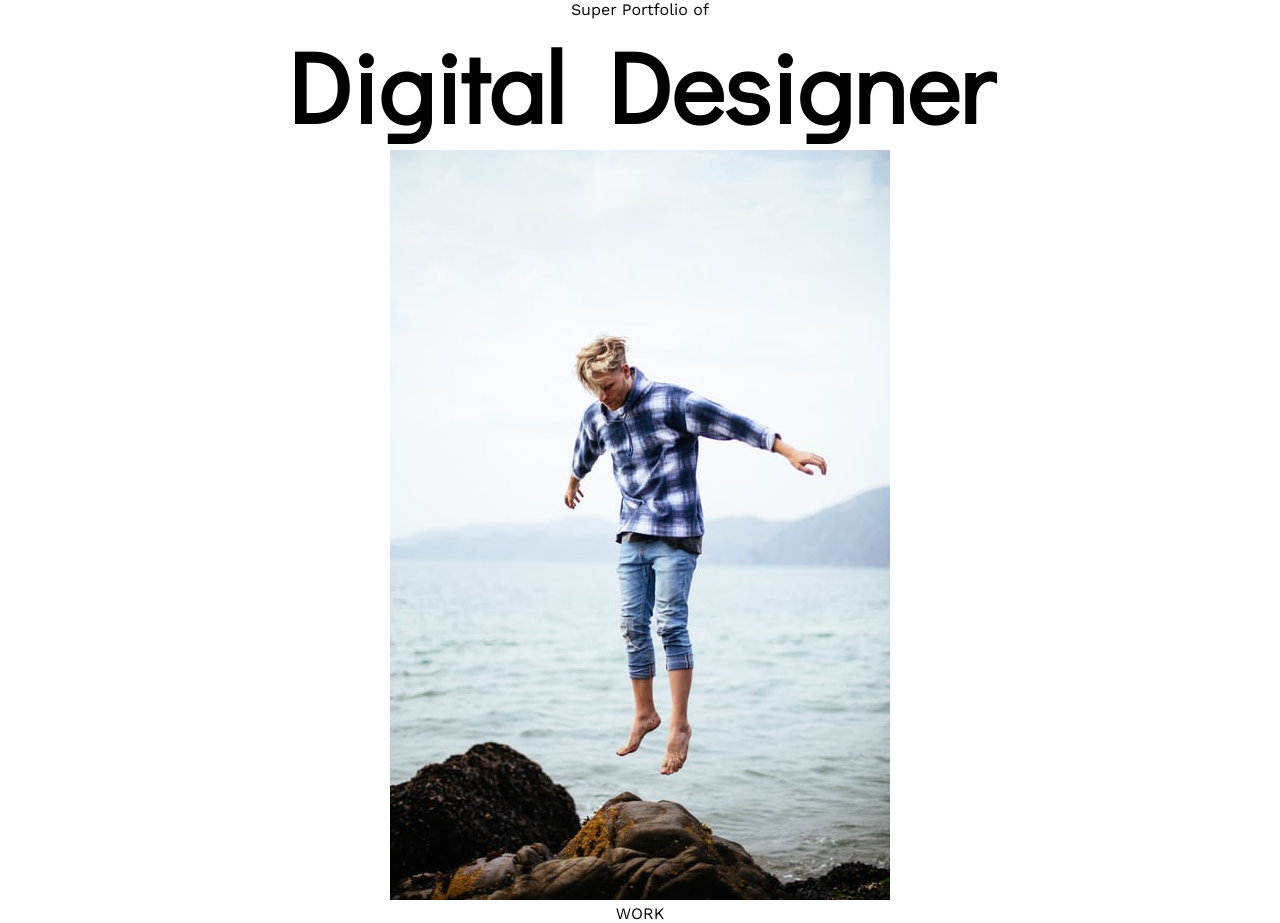
Repository: m0lt/DigitalDesigner
Page: index.html
The author's editor kept a copy of each file at every save. The page is drawn from the files as they stood at one save, then again after the next save.
The browser window is 1280 px wide. The pictures show the whole page.

Above is the page before, as saved 2025-07-08 10:19:44.

After the next save:
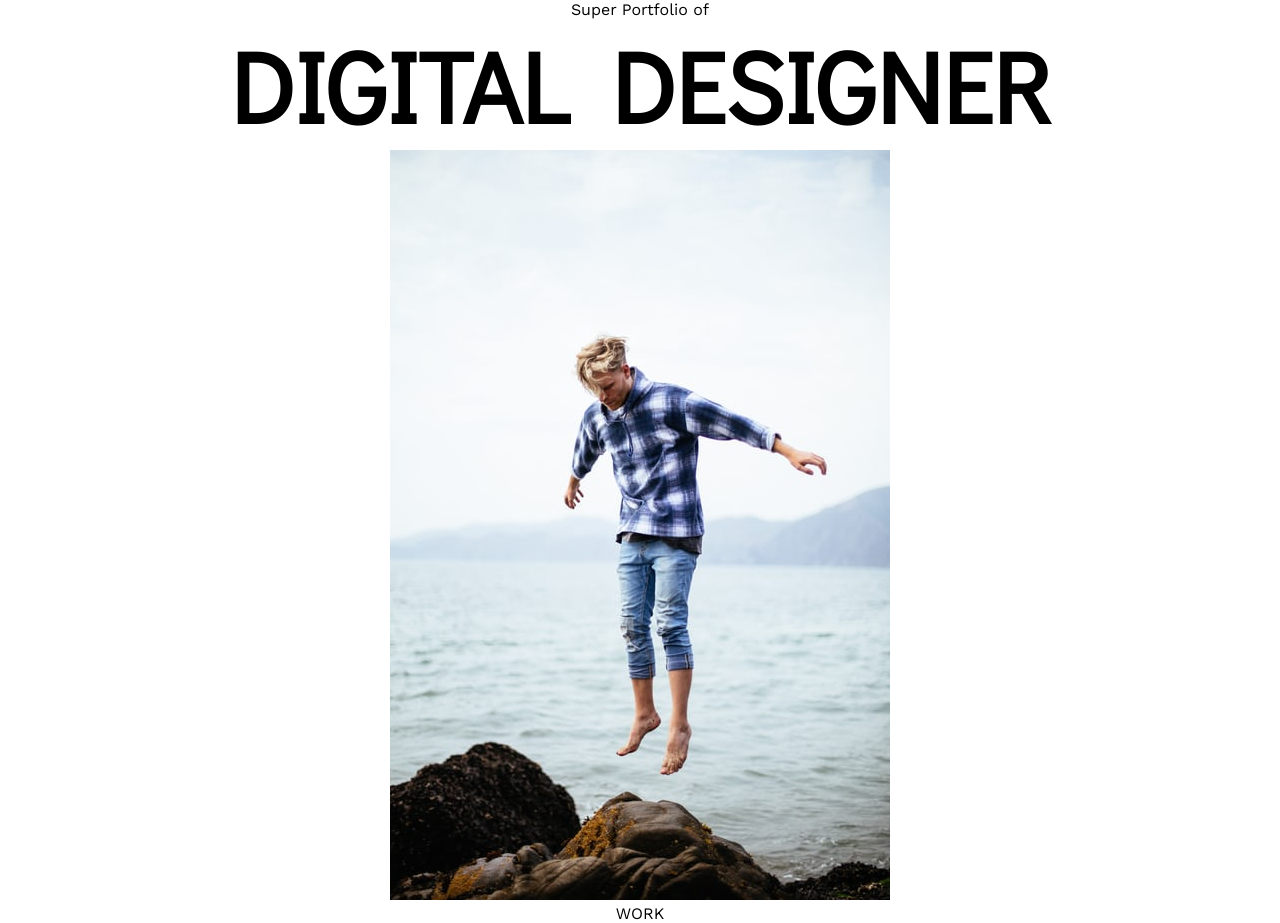
Saved 16 s later.
--- a/index.html
+++ b/index.html
@@ -12,7 +12,7 @@
     <main>
       <section class="hero">
         <p>Super Portfolio of</p>
-        <h1>Digital Designer</h1>
+        <h1>DIGITAL DESIGNER</h1>
         <img src="./assets/img/portfolio1.jpeg" alt="Man Jumping on Rock" />
         <p>WORK</p>
       </section>
